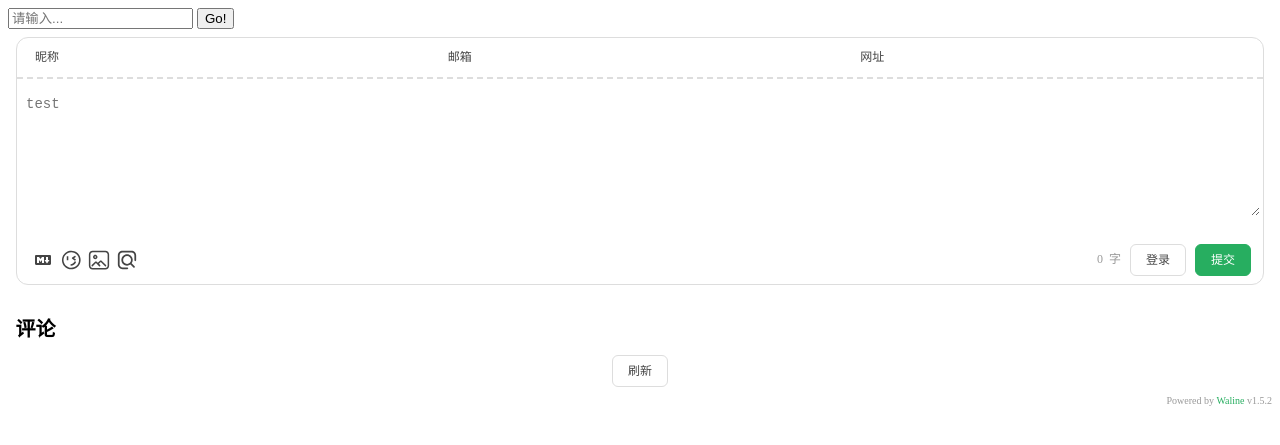
Repository: StarunneR/one-page
Page: index.html
The author's editor kept a copy of each file at every save. The page is drawn from the files as they stood at one save, then again after the next save.
The browser window is 1280 px wide. The pictures show the whole page.
The page's requests for data from a server got no answer.

Above is the page before, as saved 2022-01-07 11:33:46.

### index.html
<!doctype html>
<html lang="zh">

<head>
    <meta charset="utf-8" />
    <title>CloudPool浊池</title>
    <script src="waline/waline.js"></script>
    <link rel="shortcut icon" href="./favicon.ico" />
</head>

<body>
    <div class="search">
        <input type="text" placeholder="请输入..." name="" id="page" value="" />
        <button onclick="check()">Go!</button>
        <script>
            function check() {
                window.location.href = document.getElementById("page")[0];
            };
        </script>
    </div>

    <div id="waline"></div>
    <script>
        Waline({
            el: '#waline',
            serverURL: 'https://one-comment.vercel.app/',
            emoji: [
                //    'waline/gh/walinejs/emojis@1.0.0/qq',
                //    'waline/gh/walinejs/emojis@1.0.0/weibo',
                //    'waline/gh/walinejs/emojis@1.0.0/tieba',
                //    'waline/gh/walinejs/emojis@1.0.0/alus',
                //    'waline/gh/walinejs/emojis@1.0.0/bilibili',
                'https://cdn.jsdelivr.net/gh/walinejs/emojis@1.0.0/qq',
                'https://cdn.jsdelivr.net/gh/walinejs/emojis@1.0.0/weibo',
                'https://cdn.jsdelivr.net/gh/walinejs/emojis@1.0.0/tieba',
                'https://cdn.jsdelivr.net/gh/walinejs/emojis@1.0.0/alus',
                'https://cdn.jsdelivr.net/gh/walinejs/emojis@1.0.0/bilibili',
            ],
            appId: 'z0aNhgPFYWIlcGL0ONwY1rNU-MdYXbMMI',
            appKey: 'KgidpF8jI1RcVyCvaPyjyes4',
            avatar: '0wtM2bADqSKOPS28qEiQPdzj',
            IPQPS: 0,
            placeholder: 'test',
        });
    </script>
</body>

</html>

Loaded but not shown: waline/waline.js (library)

After the next save:
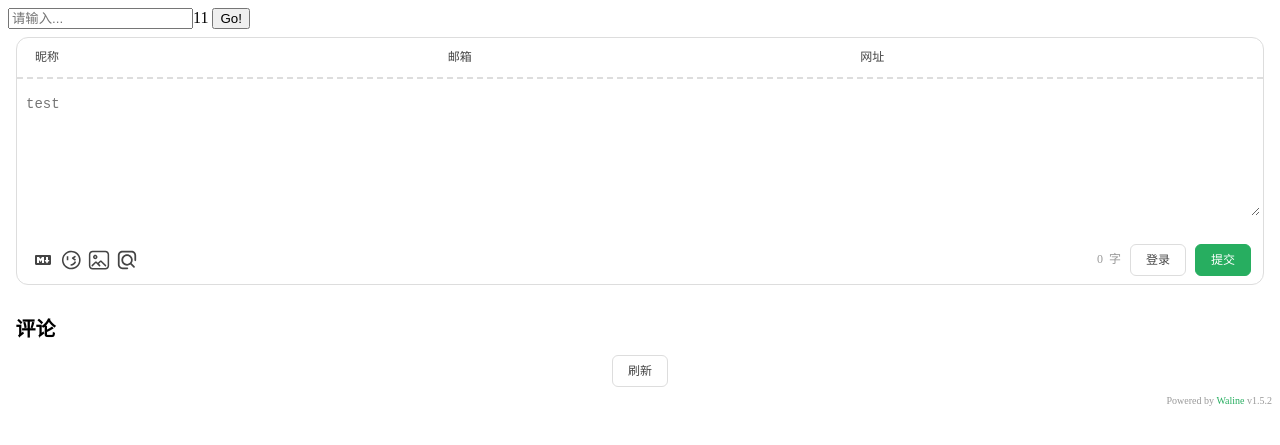
Saved 54 s later.
--- a/index.html
+++ b/index.html
@@ -10,7 +10,7 @@
 
 <body>
     <div class="search">
-        <input type="text" placeholder="请输入..." name="" id="page" value="" />
+        <input type="text" placeholder="请输入..." name="" id="page" value="" >11</input>
         <button onclick="check()">Go!</button>
         <script>
             function check() {
